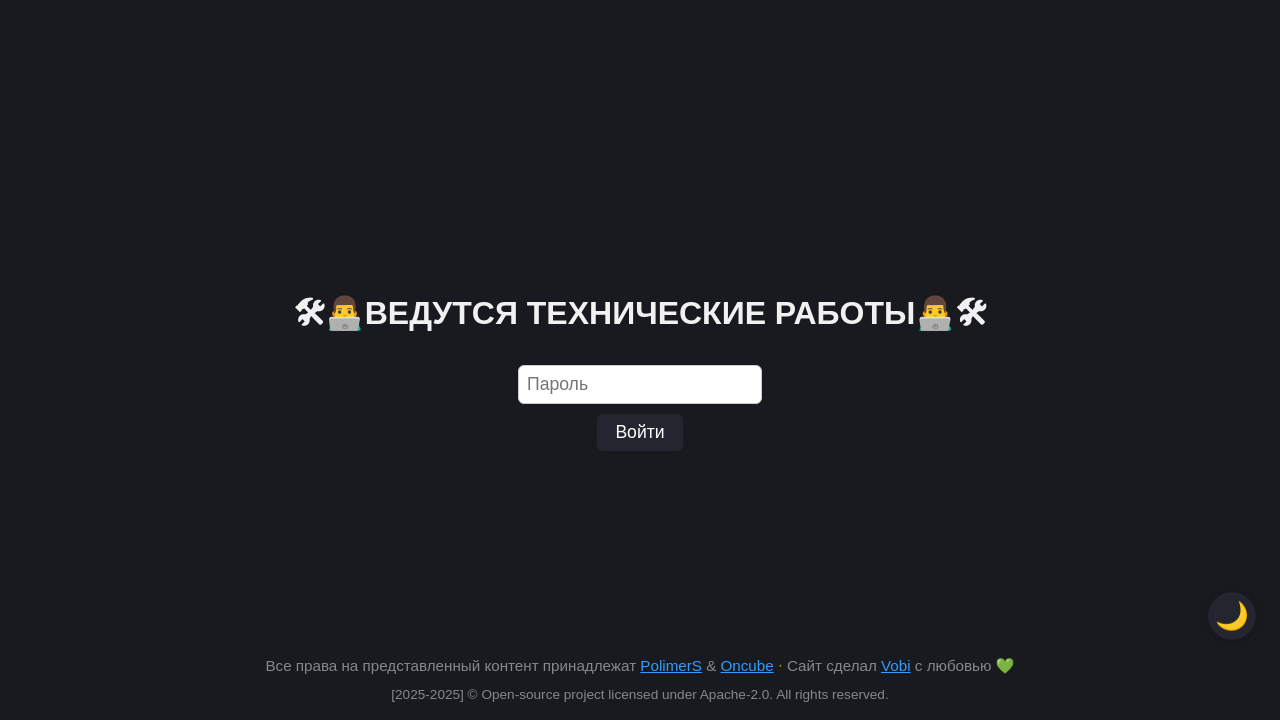
Repository: oncube-dev/OnCube-dev_website
Page: files_for_hosting/html_plus_js.version/index.html
These files come from the project's save history. The page is drawn as it stood at one moment and after the next save; the edit follows.
The browser window is 1280 px wide. The pictures show the whole page.
The page's requests for data from a server got no answer.

Above is the page before, as saved 2025-07-28 16:17:56.
Console error: SyntaxError: Identifier 'AUTH_PASSWORD' has already been declared

### files_for_hosting/html_plus_js.version/index.html
<!DOCTYPE html>
<html lang="ru">
<head>
    <meta charset="UTF-8">
    <title>Полимер, а когда видео?</title>
    <link rel="stylesheet" href="style.css">
    <script src="password.js"></script>
    <style>
        body { transition: background 0.2s, color 0.2s; }
        #auth-copyright {
            position: absolute;
            left: 0;
            right: 0;
            bottom: 24px;
            text-align: center;
            font-size: 0.85em;
            color: #888;
            width: 100%;
            pointer-events: none;
        }
        .footer-note {
            position: fixed;
            left: 0;
            right: 0;
            bottom: 45px;
            text-align: center;
            font-size: 0.95em;
            color: #888;
            width: 100vw;
            z-index: 101;
            background: none;
            pointer-events: none;
        }
        #auth-copyright {
            position: fixed;
            left: 0;
            right: 0;
            bottom: 18px;
            text-align: center;
            font-size: 0.85em;
            color: #888;
            width: 100vw;
            pointer-events: none;
            z-index: 100;
        }
    </style>
</head>
<body>
    <div id="auth-container" style="display:flex; flex-direction:column; align-items:center; justify-content:center; min-height:100vh; position:relative;">
        <h1>🛠👨‍💻ВЕДУТСЯ ТЕХНИЧЕСКИЕ РАБОТЫ👨‍💻🛠</h1>
        <input type="password" id="password-input" placeholder="Пароль" style="padding:8px; font-size:1.1em; margin-bottom:10px; border-radius:6px; border:1px solid #ccc;">
        <button id="login-btn" style="padding:8px 18px; font-size:1.1em; border-radius:6px; border:none; background:#23262f; color:#fff; cursor:pointer;">Войти</button>
        <div id="auth-error" style="color:#d32f2f; margin-top:10px; display:none;">Неверный пароль!</div>
    </div>
    <button id="theme-toggle" class="theme-toggle-btn" title="Переключить тему">🌙</button>
    <div id="main-content" style="display:none;">
        <div class="timer-container">
            <h1>С момента выхода последнего видео PolimerS прошло:</h1>
            <div id="timer">Загрузка...</div>
        </div>
    </div>
    <footer class="footer-note">
        Все права на представленный контент принадлежат <a href="https://www.youtube.com/@PolimerS" target="_blank" style="text-decoration:underline;">PolimerS</a> & <a href="https://github.com/oncube-dev" target="_blank" style="text-decoration:underline;">Oncube</a> ⋅ Сайт сделал <a href="https://vobi.bio.link/" target="_blank" style="text-decoration:underline;">Vobi</a> с любовью 💚
    </footer>
    <div id="auth-copyright">[2025-2025] © Open-source project licensed under Apache-2.0. All rights reserved.</div>
    <script src="password.js"></script>
    <script>
        const authContainer = document.getElementById('auth-container');
        const mainContent = document.getElementById('main-content');
        const loginBtn = document.getElementById('login-btn');
        const passwordInput = document.getElementById('password-input');
        const authError = document.getElementById('auth-error');
        function loadInfoScript() {
            const s = document.createElement('script');
            s.src = 'info_script.js';
            document.body.appendChild(s);
        }
        function tryLogin() {
            if (typeof AUTH_PASSWORD !== 'undefined' && passwordInput.value === AUTH_PASSWORD) {
                authContainer.style.display = 'none';
                mainContent.style.display = '';
                loadInfoScript();
            } else {
                authError.style.display = 'block';
                passwordInput.value = '';
                passwordInput.focus();
            }
        }
        loginBtn.onclick = tryLogin;
        passwordInput.addEventListener('keydown', function(e) {
            if (e.key === 'Enter') tryLogin();
        });
    </script>
</body>
</html>

### files_for_hosting/html_plus_js.version/style.css
.theme-toggle-btn {
    position: fixed;
    right: 24px;
    bottom: 80px;
    z-index: 200;
    background: #23262f;
    color: #ffe066;
    border: none;
    border-radius: 50%;
    width: 48px;
    height: 48px;
    font-size: 1.7rem;
    cursor: pointer;
    box-shadow: 0 2px 8px rgba(0,0,0,0.18);
    transition: background 0.2s, color 0.2s;
}
.theme-toggle-btn:hover {
    background: #ffe066;
    color: #23262f;
}

body {
    background: #181a20;
    color: #f1f1f1;
    font-family: Arial, sans-serif;
    margin: 0;
    padding: 0;
    height: 100vh;
    display: flex;
    align-items: center;
    justify-content: center;
}

.timer-container {
    background: #23262f;
    padding: 40px 60px;
    border-radius: 16px;
    box-shadow: 0 4px 24px rgba(0,0,0,0.32);
    text-align: center;
    color: #f1f1f1;
}

.timer-container h1 {
    font-size: 2rem;
    font-weight: bold;
    color: #f1f1f1;
}

#timer {
    font-size: 3.5rem;
    font-weight: bold;
    margin-top: 8px;
    color: #fff;
    letter-spacing: 1px;
}

.footer-note {
    font-size: 0.85rem;
    color: #aaa;
    text-align: center;
    position: fixed;
    left: 0;
    width: 100vw;
    bottom: 45px;
    margin: 0;
    z-index: 100;
    box-sizing: border-box;
}

.footer-note a {
    color: #339cff;
    text-decoration: underline;
}

#auth-copyright {
    position: fixed;
    left: 0;
    right: 0;
    bottom: 18px;
    text-align: center;
    font-size: 0.85em;
    color: #888;
    width: 100vw;
    pointer-events: none;
    z-index: 100;
}

body.light-theme {
    background: #f5f5f5;
    color: #23262f;
}
.light-theme .timer-container {
    background: #fff;
    color: #23262f;
    box-shadow: 0 4px 24px rgba(0,0,0,0.08);
}
.light-theme .timer-container h1 {
    color: #23262f;
}
.light-theme #timer {
    color: #111;
}
.light-theme .footer-note {
    color: #888;
}
.light-theme .footer-note a {
    color: #1976d2;
}
.light-theme .theme-toggle-btn {
    background: #fff;
    color: #23262f;
}
.light-theme .theme-toggle-btn:hover {
    background: #23262f;
    color: #ffe066;
}

### files_for_hosting/html_plus_js.version/password.js
const AUTH_PASSWORD = 'PS2025';

### files_for_hosting/html_plus_js.version/info_script.js
const API_KEY = 'AIzaSyD_5JR2KFtfjfmsiwnueCyyJkvWOh__aOI';
const CHANNEL_ID = 'UCACwRQLU0Bq5yxijfnBPRfQ';

let startDate = null;

async function fetchLastVideoDate() {
    try {
        const apiUrl = `https://www.googleapis.com/youtube/v3/search?key=${API_KEY}&channelId=${CHANNEL_ID}&part=snippet,id&order=date&maxResults=1`;
        const response = await fetch(apiUrl);
        if (!response.ok) throw new Error('Ошибка запроса к YouTube API');
        const data = await response.json();
        const video = data.items && data.items[0];
        if (video && video.snippet && video.snippet.publishedAt) {
            startDate = new Date(video.snippet.publishedAt);
        } else {
            throw new Error('Не удалось получить дату видео');
        }
    } catch (e) {
        document.getElementById('timer').textContent = 'Ошибка загрузки даты видео!';
        console.error(e);
    }
}

function updateTimer() {
    if (!startDate) return;
    const now = new Date();
    let diff = now - startDate;
    if (diff < 0) diff = 0;
    let seconds = Math.floor(diff / 1000);
    const days = Math.floor(seconds / (24 * 3600));
    seconds %= 24 * 3600;
    const hours = Math.floor(seconds / 3600);
    seconds %= 3600;
    const minutes = Math.floor(seconds / 60);
    seconds %= 60;
    function plural(n, one, two, five) {
        n = Math.abs(n) % 100;
        let n1 = n % 10;
        if (n > 10 && n < 20) return five;
        if (n1 > 1 && n1 < 5) return two;
        if (n1 == 1) return one;
        return five;
    }
    const daysText = plural(days, 'день', 'дня', 'дней');
    const hoursText = plural(hours, 'час', 'часа', 'часов');
    const minutesText = plural(minutes, 'минута', 'минуты', 'минут');
    const secondsText = plural(seconds, 'секунда', 'секунды', 'секунд');
    document.getElementById('timer').textContent = `${days} ${daysText} ${hours} ${hoursText} ${minutes} ${minutesText} ${seconds} ${secondsText}`;
}

async function initTimer() {
    document.getElementById('timer').textContent = 'Загрузка даты видео...';
    await fetchLastVideoDate();
    if (startDate) {
        updateTimer();
        setInterval(updateTimer, 1000);
    }
}
initTimer();

// Тема
const toggleBtn = document.getElementById('theme-toggle');
let themePref = localStorage.getItem('theme');
let isDark = themePref === null ? true : themePref === 'dark';
setTheme(isDark);
toggleBtn.onclick = () => {
    isDark = !isDark;
    setTheme(isDark);
    localStorage.setItem('theme', isDark ? 'dark' : 'light');
};
function setTheme(isDark) {
    if (isDark) {
        document.body.classList.remove('light-theme');
        toggleBtn.textContent = '☀️';
    } else {
        document.body.classList.add('light-theme');
        toggleBtn.textContent = '🌙';
    }
}

After the next save:
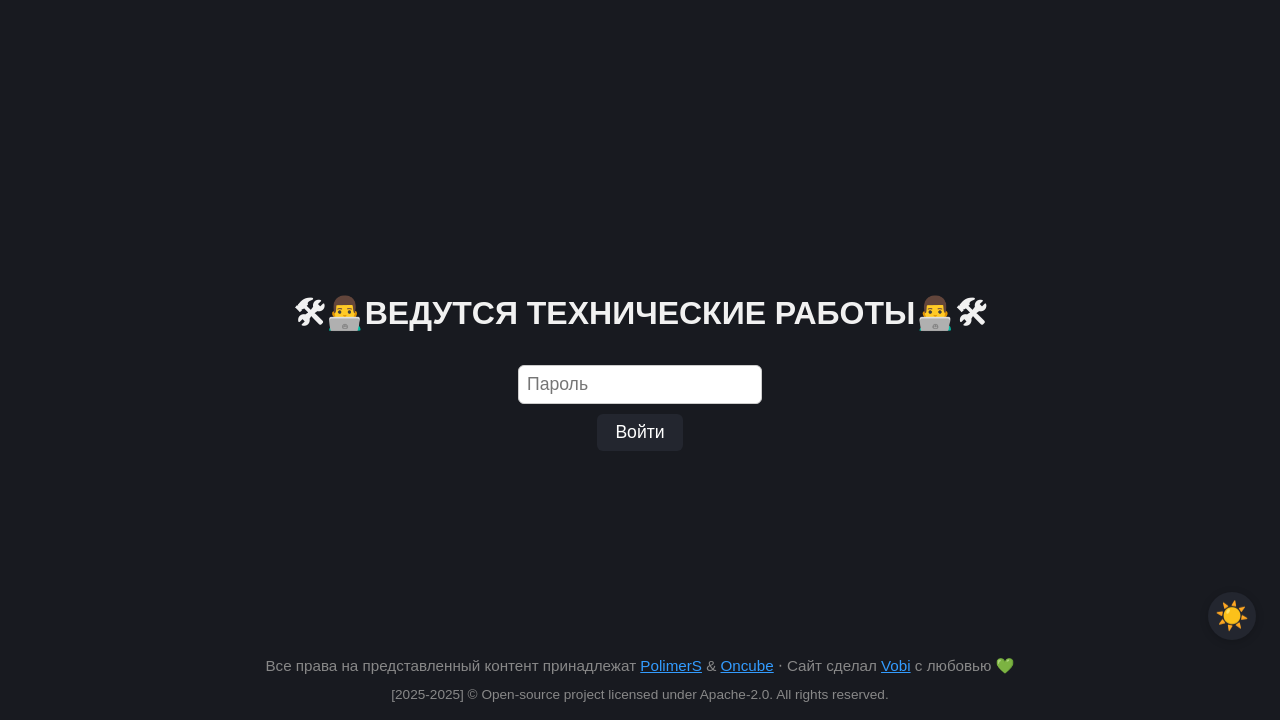
Console error: SyntaxError: Identifier 'startDate' has already been declared
Saved 3 min 2 s later.
--- a/files_for_hosting/html_plus_js.version/index.html
+++ b/files_for_hosting/html_plus_js.version/index.html
@@ -2,9 +2,8 @@
 <html lang="ru">
 <head>
     <meta charset="UTF-8">
-    <title>Полимер, а когда видео?</title>
+    <title>Полимер, когда видео?</title>
     <link rel="stylesheet" href="style.css">
-    <script src="password.js"></script>
     <style>
         body { transition: background 0.2s, color 0.2s; }
         #auth-copyright {
@@ -52,34 +51,109 @@
         <button id="login-btn" style="padding:8px 18px; font-size:1.1em; border-radius:6px; border:none; background:#23262f; color:#fff; cursor:pointer;">Войти</button>
         <div id="auth-error" style="color:#d32f2f; margin-top:10px; display:none;">Неверный пароль!</div>
     </div>
-    <button id="theme-toggle" class="theme-toggle-btn" title="Переключить тему">🌙</button>
     <div id="main-content" style="display:none;">
         <div class="timer-container">
             <h1>С момента выхода последнего видео PolimerS прошло:</h1>
             <div id="timer">Загрузка...</div>
         </div>
     </div>
+    <button id="theme-toggle" class="theme-toggle-btn" title="Переключить тему">🌙</button>
     <footer class="footer-note">
         Все права на представленный контент принадлежат <a href="https://www.youtube.com/@PolimerS" target="_blank" style="text-decoration:underline;">PolimerS</a> & <a href="https://github.com/oncube-dev" target="_blank" style="text-decoration:underline;">Oncube</a> ⋅ Сайт сделал <a href="https://vobi.bio.link/" target="_blank" style="text-decoration:underline;">Vobi</a> с любовью 💚
     </footer>
     <div id="auth-copyright">[2025-2025] © Open-source project licensed under Apache-2.0. All rights reserved.</div>
-    <script src="password.js"></script>
+    <script src="info_script.js"></script>
     <script>
+
+        let startDate = null;
+
+        async function fetchLastVideoDate() {
+            try {
+                const apiUrl = `https://www.googleapis.com/youtube/v3/search?key=${API_KEY}&channelId=${CHANNEL_ID}&part=snippet,id&order=date&maxResults=1`;
+                const response = await fetch(apiUrl);
+                if (!response.ok) throw new Error('Ошибка запроса к YouTube API');
+                const data = await response.json();
+                const video = data.items && data.items[0];
+                if (video && video.snippet && video.snippet.publishedAt) {
+                    startDate = new Date(video.snippet.publishedAt);
+                } else {
+                    throw new Error('Не удалось получить дату видео');
+                }
+            } catch (e) {
+                document.getElementById('timer').textContent = 'Ошибка загрузки даты видео!';
+                console.error(e);
+            }
+        }
+
+
+        function updateTimer() {
+            if (!startDate) return;
+            const now = new Date();
+            let diff = now - startDate;
+            if (diff < 0) diff = 0;
+            let seconds = Math.floor(diff / 1000);
+            const days = Math.floor(seconds / (24 * 3600));
+            seconds %= 24 * 3600;
+            const hours = Math.floor(seconds / 3600);
+            seconds %= 3600;
+            const minutes = Math.floor(seconds / 60);
+            seconds %= 60;
+            function plural(n, one, two, five) {
+                n = Math.abs(n) % 100;
+                let n1 = n % 10;
+                if (n > 10 && n < 20) return five;
+                if (n1 > 1 && n1 < 5) return two;
+                if (n1 == 1) return one;
+                return five;
+            }
+            const daysText = plural(days, 'день', 'дня', 'дней');
+            const hoursText = plural(hours, 'час', 'часа', 'часов');
+            const minutesText = plural(minutes, 'минута', 'минуты', 'минут');
+            const secondsText = plural(seconds, 'секунда', 'секунды', 'секунд');
+            document.getElementById('timer').textContent = `${days} ${daysText} ${hours} ${hoursText} ${minutes} ${minutesText} ${seconds} ${secondsText}`;
+        }
+
+        async function initTimer() {
+            document.getElementById('timer').textContent = 'Загрузка даты видео...';
+            await fetchLastVideoDate();
+            if (startDate) {
+                updateTimer();
+                setInterval(updateTimer, 1000);
+            }
+        }
+        initTimer();
+
+        const toggleBtn = document.getElementById('theme-toggle');
+        const darkClass = 'dark-theme';
+        let themePref = localStorage.getItem('theme');
+        let isDark = themePref === null ? true : themePref === 'dark';
+        setTheme(isDark);
+        toggleBtn.onclick = () => {
+            isDark = !isDark;
+            setTheme(isDark);
+            localStorage.setItem('theme', isDark ? 'dark' : 'light');
+        };
+        function setTheme(isDark) {
+            if (isDark) {
+                document.body.classList.add(darkClass);
+                toggleBtn.textContent = '☀️';
+            } else {
+                document.body.classList.remove(darkClass);
+                toggleBtn.textContent = '🌙';
+            }
+        }
+    </script>
+    <script>
+
         const authContainer = document.getElementById('auth-container');
         const mainContent = document.getElementById('main-content');
         const loginBtn = document.getElementById('login-btn');
         const passwordInput = document.getElementById('password-input');
         const authError = document.getElementById('auth-error');
-        function loadInfoScript() {
-            const s = document.createElement('script');
-            s.src = 'info_script.js';
-            document.body.appendChild(s);
-        }
         function tryLogin() {
-            if (typeof AUTH_PASSWORD !== 'undefined' && passwordInput.value === AUTH_PASSWORD) {
+            if (passwordInput.value === AUTH_PASSWORD) {
                 authContainer.style.display = 'none';
                 mainContent.style.display = '';
-                loadInfoScript();
             } else {
                 authError.style.display = 'block';
                 passwordInput.value = '';
@@ -90,6 +164,7 @@
         passwordInput.addEventListener('keydown', function(e) {
             if (e.key === 'Enter') tryLogin();
         });
+
     </script>
 </body>
 </html>
